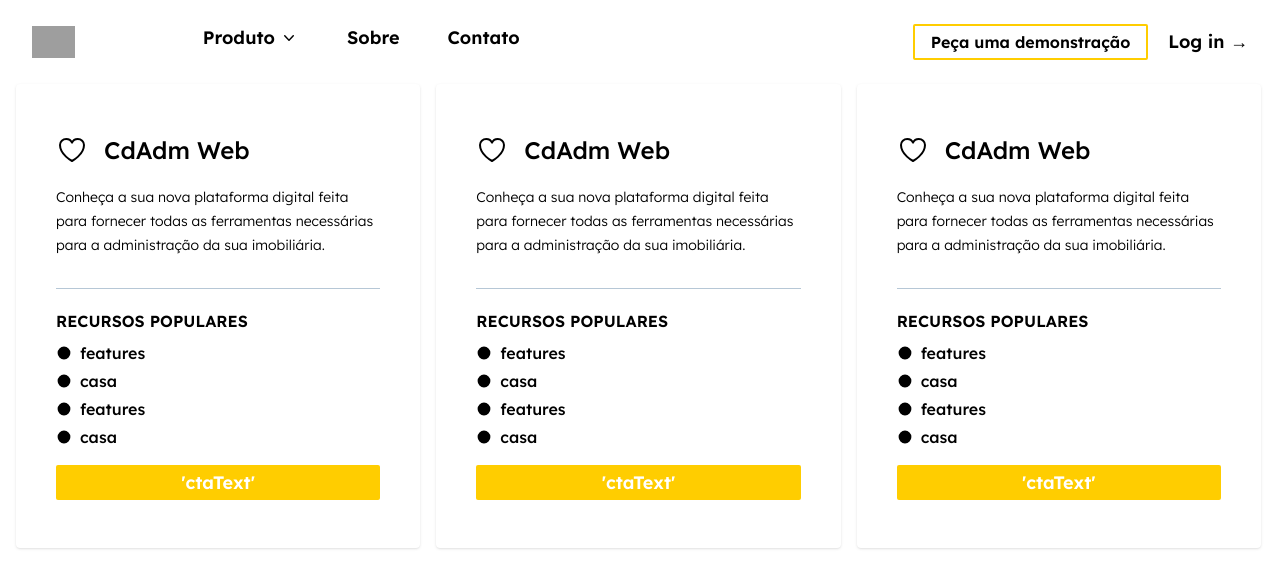
Repository: VereAbsolutum/site-institucional
Page: /
An editor plug-in stored every save of this project. The page is shown before and after the next save, followed by the edit.
The browser window is 1280 px wide. The pictures show the whole page.
Pictures or frames that could not be fetched are drawn as grey boxes. The project was rebuilt for these pictures with package versions that can differ from the ones it lists, and the page was loaded fresh each time. Also part of the build but not shown: vite.config.ts, src/presentation/components/buttons/button-primary.tsx, src/presentation/components/links/link-border-primary.tsx, src/presentation/components/links/link-border-white.tsx, src/presentation/components/typography/display.tsx, src/presentation/components/typography/heading1.tsx, src/presentation/components/typography/heading2.tsx, src/presentation/components/typography/heading3.tsx and 4 more.

Above is the page before, as saved 2023-04-14 21:27:49.

After the next save:
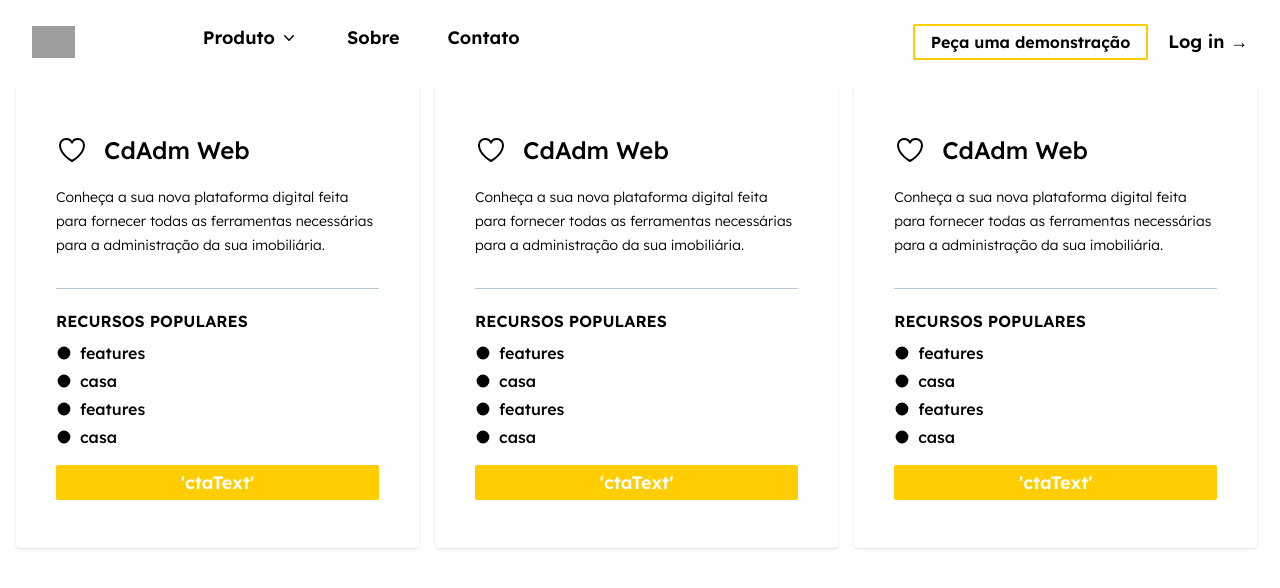
Saved 19 s later.
--- a/src/presentation/components/card/product-card.tsx
+++ b/src/presentation/components/card/product-card.tsx
@@ -13,7 +13,7 @@ type ProductCardProps = {
 
 const ProductCard: React.FC = () => {
     return (
-        <div className="bg-white p-6 rounded shadow px-10 py-12 w-[32.399%]">
+        <div className="bg-white p-6 rounded shadow px-10 py-12 w-[32.3%]">
             <div className="flex flex-col">
                 <div className="flex items-center mb-4">
                     <HeartIcon className="w-8 h-auto mr-4 text-blue-500" />
